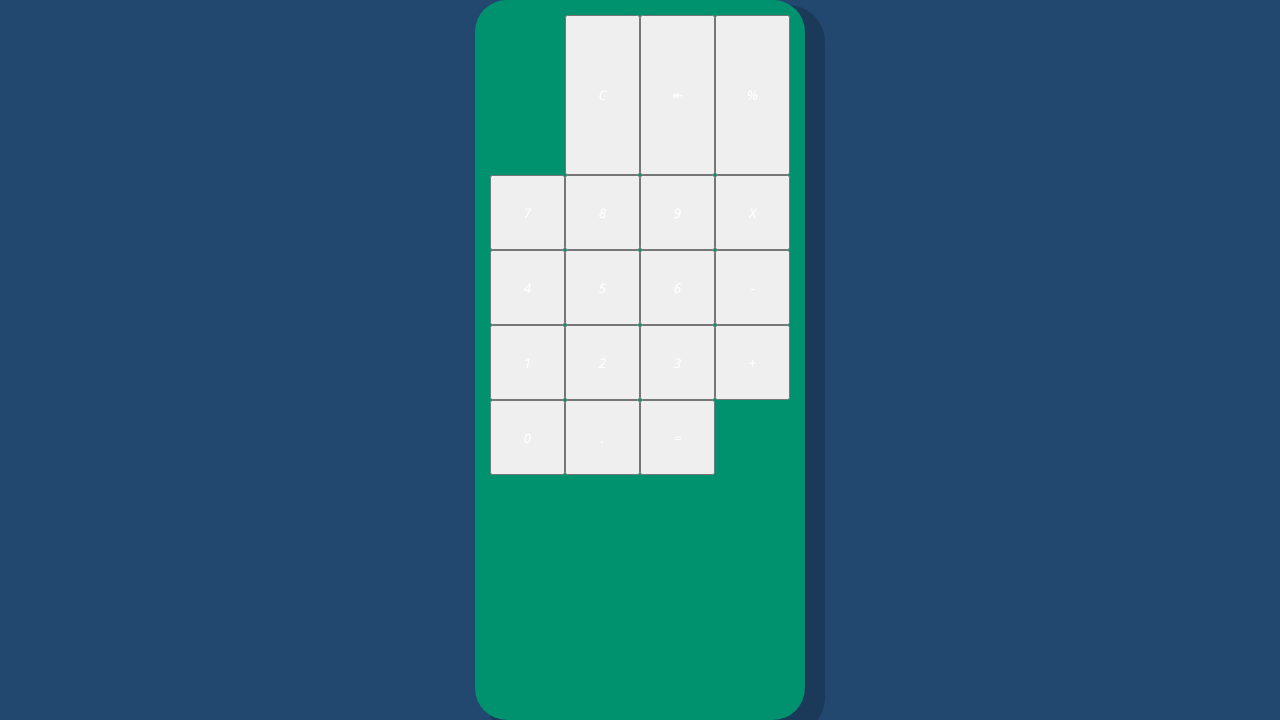
Repository: jhonenmanuel1/javaScript-calculator
Page: src/index.html
The author's editor kept a copy of each file at every save. The page is drawn from the files as they stood at one save, then again after the next save.
The browser window is 1280 px wide. The pictures show the whole page.

Above is the page before, as saved 2022-08-02 23:14:19.

After the next save:
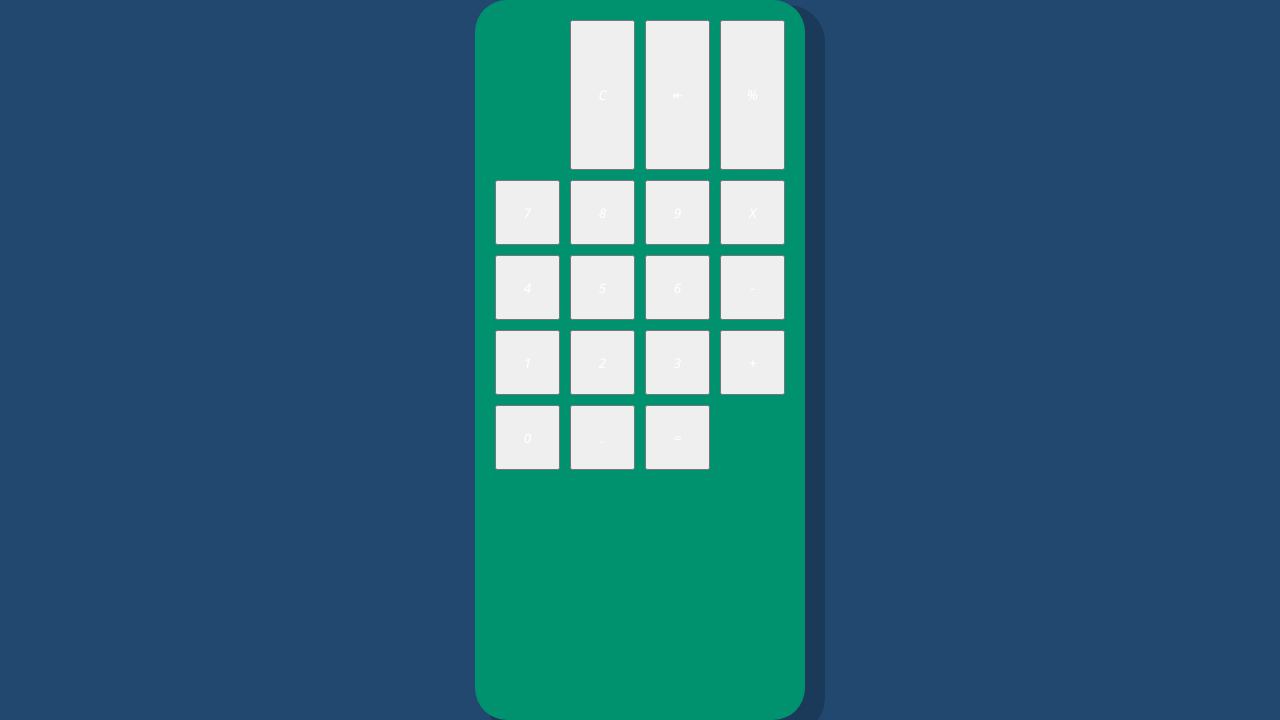
Saved 8 s later.
--- a/src/styles.css
+++ b/src/styles.css
@@ -24,4 +24,5 @@ body{
 }
 button{
     cursor: pointer;
+    margin: 5px;
 }
